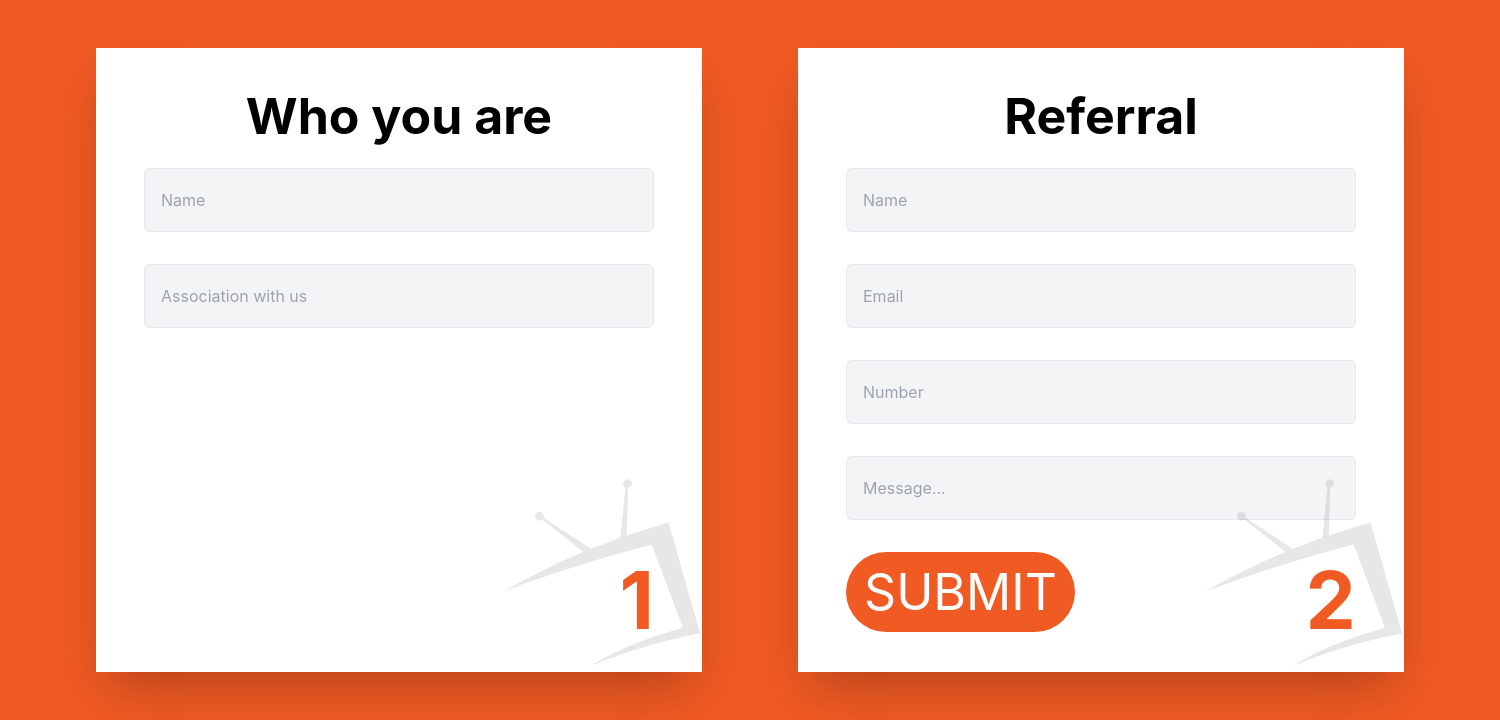
Repository: legenddev1202/whyclicktv
Page: /referrel
These files come from the project's save history. The page is drawn as it stood at one moment and after the next save; the edit follows.
The browser window is 1280 px wide. The page is 1500 px wide, so the pictures cover 1500 px, including what lies to the right of the window. The pictures show the whole page.
The project was rebuilt for these pictures with package versions that can differ from the ones it lists, and the page was loaded fresh each time. Also part of the build but not shown: src/App.css, src/pages/home.js, src/pages/about.js, src/pages/contact.js, src/pages/partners.js.

Above is the page before, as saved 2022-03-31 15:10:19.

After the next save:
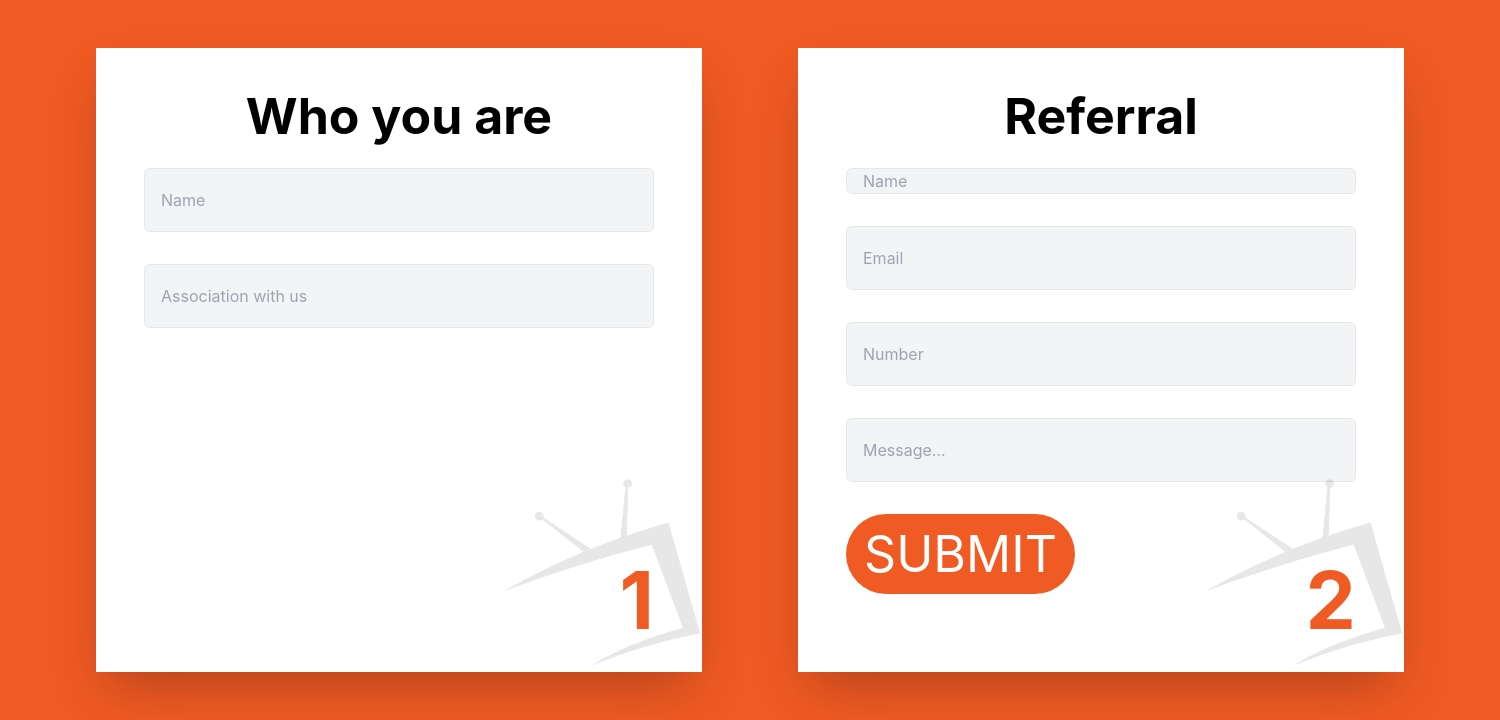
Saved 49 s later.
--- a/src/pages/referral.js
+++ b/src/pages/referral.js
@@ -44,8 +44,9 @@ function Referral() {
           </div>
           <div className="w-full mt-8">
             <input
-              className="w-full rounded-md h-16 border px-4 bg-gray-100"
+              className="w-full rounded-md border px-4 bg-gray-100"
               placeholder="Name"
+              height={110}
             ></input>
             <div className="w-full mt-8">
               <input
